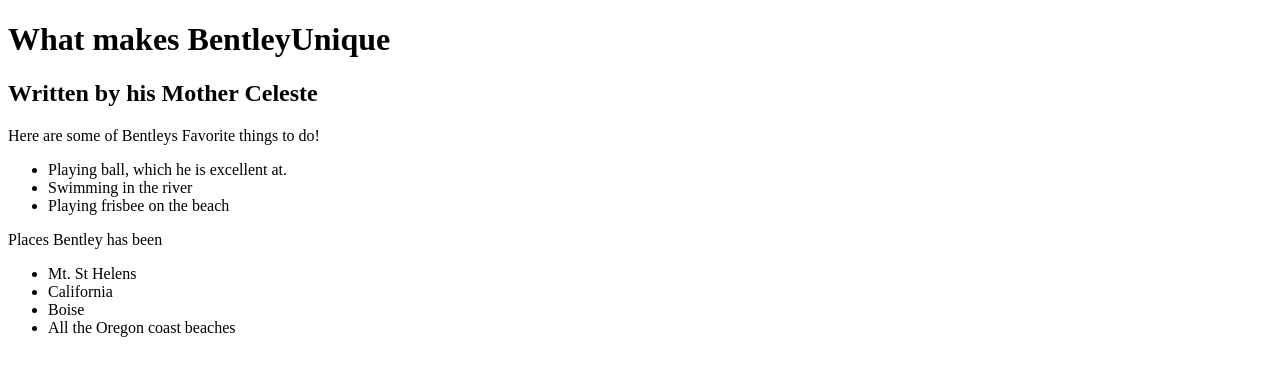
Repository: fieldceleste/bentley-boy
Page: bentley-boy.html
The author's editor kept a copy of each file at every save. The page is drawn from the files as they stood at one save, then again after the next save.
The browser window is 1280 px wide. The pictures show the whole page.

Above is the page before, as saved 2019-10-23 19:32:59.

### bentley-boy.html
<!DOCTYPE html>
<html>
  <head>
    <title>My dog Bentley</title>
  </head>
  <body>
    <h1>What makes <strong>Bentley</strong>Unique</h1>
    <h2>Written by his Mother Celeste</h2>
    <p>Here are some of Bentleys Favorite things to do!</p>
    <ul>
      <li>Playing ball, which he is excellent at.</li>
      <li>Swimming in the river</li>
      <li>Playing frisbee on the beach</li>
    </ul>
    <p>Places Bentley has been</p>
    <ul>
      <li>Mt. St Helens
      <li>California</li>
      <li>Boise</li>
      <li>All the Oregon coast beaches</li>
    </ul>
  </body>
</html>

After the next save:
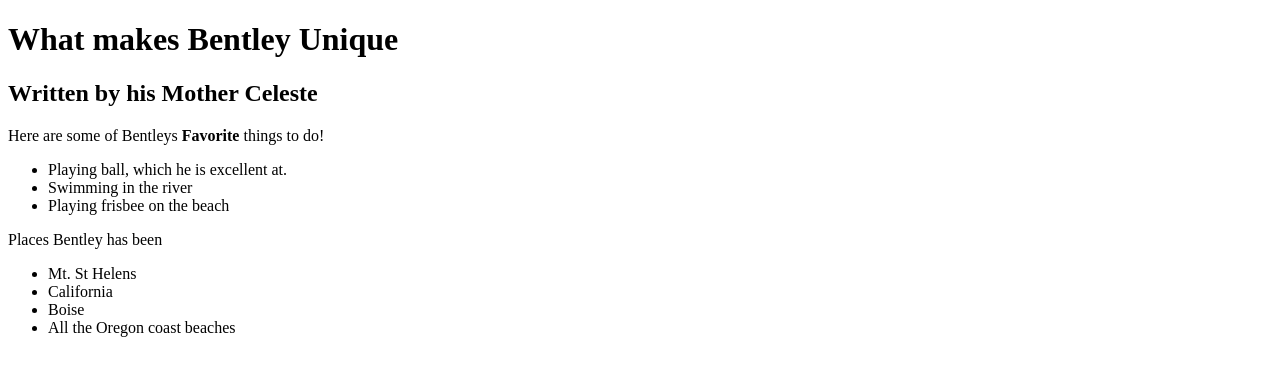
Saved 37 s later.
--- a/bentley-boy.html
+++ b/bentley-boy.html
@@ -4,9 +4,9 @@
     <title>My dog Bentley</title>
   </head>
   <body>
-    <h1>What makes <strong>Bentley</strong>Unique</h1>
+    <h1>What makes Bentley Unique</h1>
     <h2>Written by his Mother Celeste</h2>
-    <p>Here are some of Bentleys Favorite things to do!</p>
+    <p>Here are some of Bentleys <strong>Favorite</strong> things to do!</p>
     <ul>
       <li>Playing ball, which he is excellent at.</li>
       <li>Swimming in the river</li>
